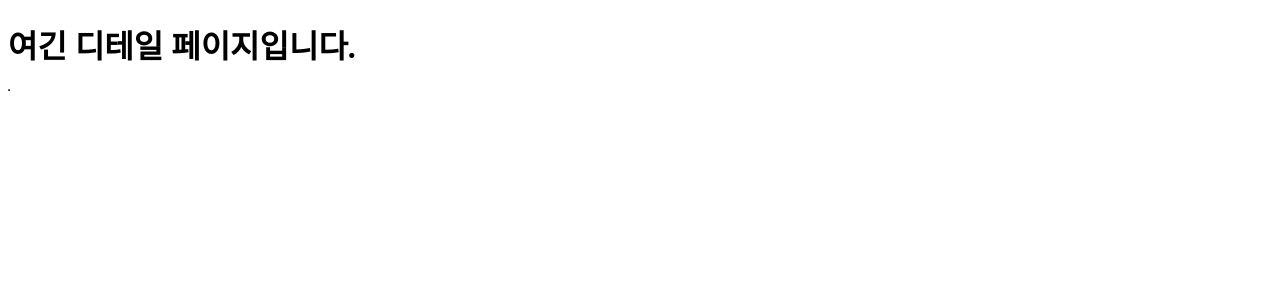
Repository: gatsby5959/_jsp_workspace_brd-mem_copy
Page: http://localhost/jsp_BoardMember/board/detail.jsp
The author's editor kept a copy of each file at every save. The page is drawn from the files as they stood at one save, then again after the next save.
The browser window is 1280 px wide. The pictures show the whole page.
The page is served by Tomcat 9. Other server files are loaded and not shown.

Above is the page before, as saved 2023-09-07 08:54:59.

### jsp_BoardMember/src/main/webapp/board/detail.jsp
<%@ page language="java" contentType="text/html; charset=UTF-8"
    pageEncoding="UTF-8"%>
<!DOCTYPE html>
<html>
<head>
<meta charset="UTF-8">
<title>Insert title here</title>
</head>
<body>
<h1>여긴 디테일 페이지입니다.</h1>
<table border = 1>
	<tr>
	</tr>

</table>
</body>
</html>

After the next save:
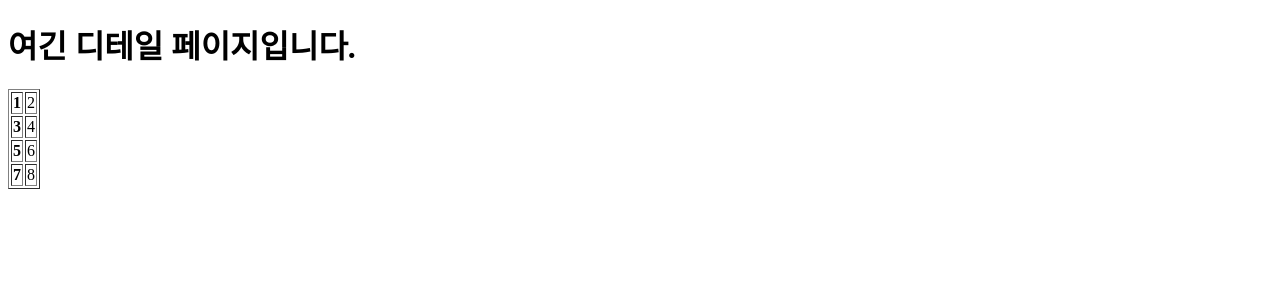
Saved 65 s later.
--- a/jsp_BoardMember/src/main/webapp/board/detail.jsp
+++ b/jsp_BoardMember/src/main/webapp/board/detail.jsp
@@ -1,5 +1,5 @@
 <%@ page language="java" contentType="text/html; charset=UTF-8"
-    pageEncoding="UTF-8"%>
+	pageEncoding="UTF-8"%>
 <!DOCTYPE html>
 <html>
 <head>
@@ -7,11 +7,25 @@
 <title>Insert title here</title>
 </head>
 <body>
-<h1>여긴 디테일 페이지입니다.</h1>
-<table border = 1>
-	<tr>
-	</tr>
+	<h1>여긴 디테일 페이지입니다.</h1>
+	<table border=1>
+		<tr>
+			<th>1</th>
+			<td>2</td>
+		</tr>
+		<tr>
+			<th>3</th>
+			<td>4</td>
+		</tr>
+		<tr>
+			<th>5</th>
+			<td>6</td>
+		</tr>
+		<tr>
+			<th>7</th>
+			<td>8</td>
+		</tr>
 
-</table>
+	</table>
 </body>
 </html>
